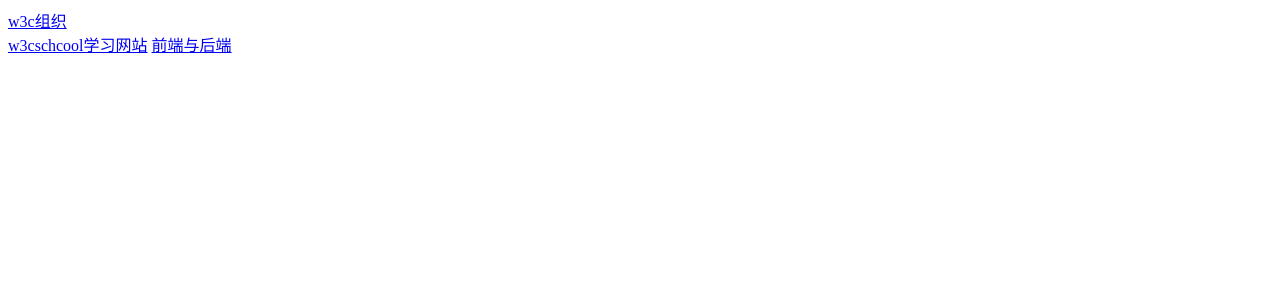
Repository: kankda11/WebProject1
Page: front.html
The author's editor kept a copy of each file at every save. The page is drawn from the files as they stood at one save, then again after a run of saves.
The browser window is 1280 px wide. The pictures show the whole page.

Above is the page before, as saved 2020-07-11 14:26:15.

After the next 4 saves:
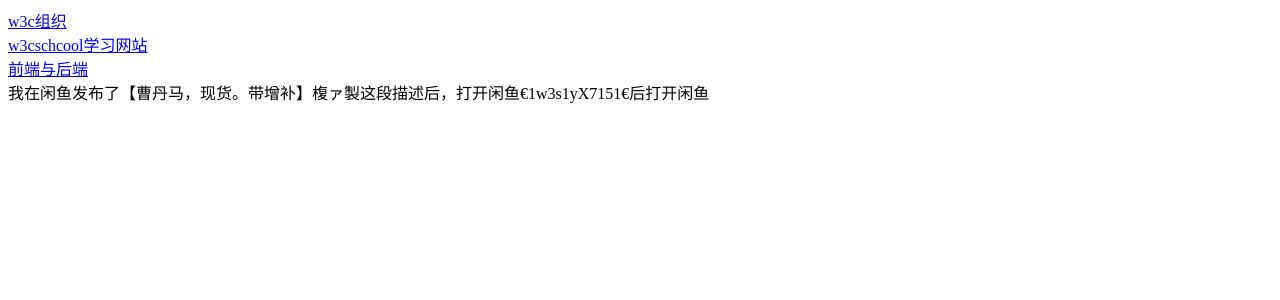
The 4 saves are shown as one change because they came seconds apart.
The last was saved 12 s later.
--- a/front.html
+++ b/front.html
@@ -6,8 +6,9 @@
     <title>web前端开发</title>
   </head>
   <body>
-    <a href="http://www.w3c.org">w3c组织</a><br>
-    <a href="http://www.w3cschool.com.cn">w3cschcool学习网站</a>
-    <a href="test.html">前端与后端</a>
+    <a href="http://www.w3c.org">w3c组织</a><br />
+    <a href="http://www.w3cschool.com.cn">w3cschcool学习网站</a><br />
+    <a href="test.html">前端与后端</a><br>我在闲鱼发布了【曹丹马，现货。带增补】椱ァ製这段描述后，打开闲鱼€1w3s1yX7151€后打开闲鱼
+
   </body>
 </html>
